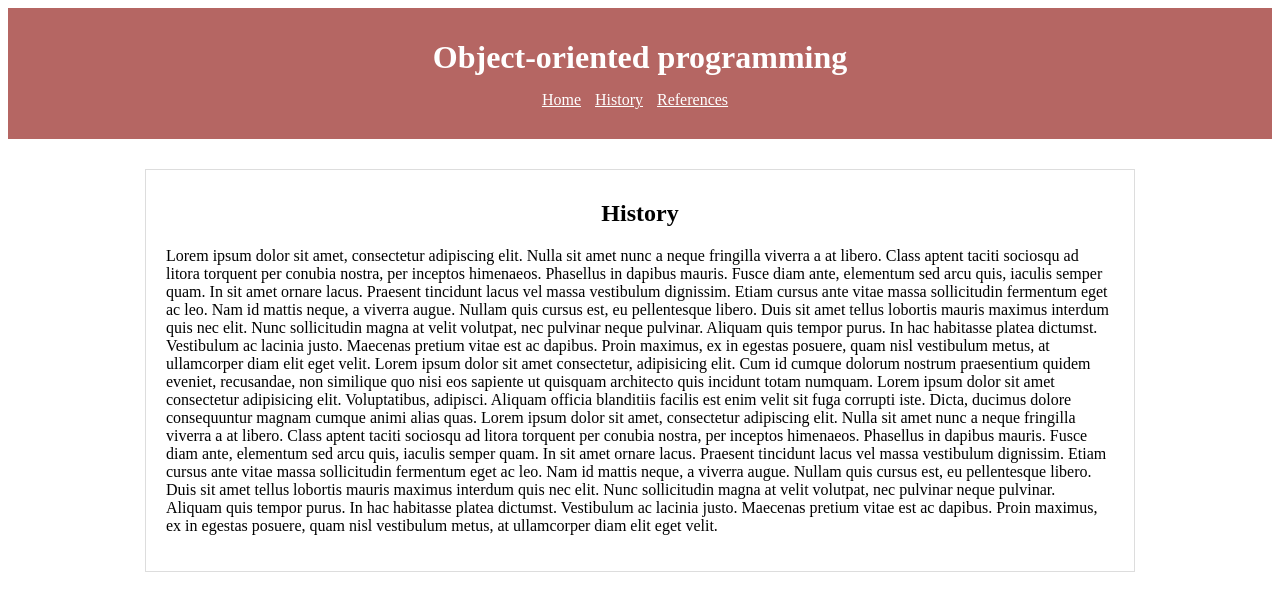
Repository: ReyesEvan/8.-Septimo_semestre
Page: Aplicaciones_en_ambientes_distribuidos/OOP/V3/history.html
The author's editor kept a copy of each file at every save. The page is drawn from the files as they stood at one save, then again after the next save.
The browser window is 1280 px wide. The pictures show the whole page.

Above is the page before, as saved 2019-09-30 18:41:17.

After the next save:
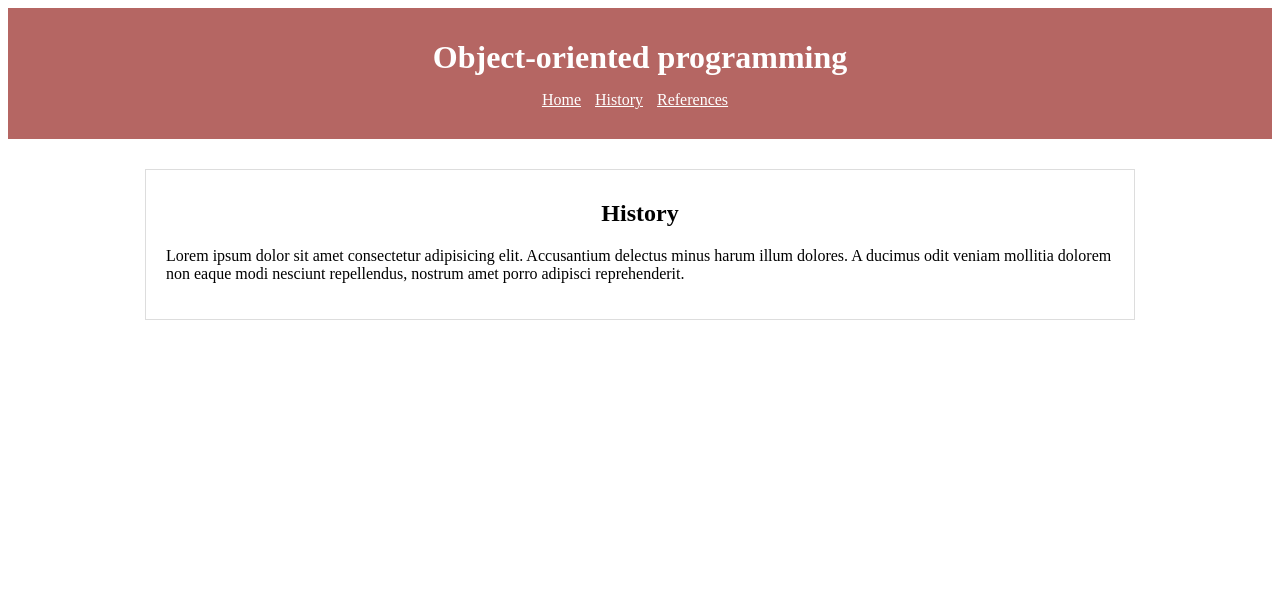
Saved 45 s later.
--- a/Aplicaciones_en_ambientes_distribuidos/OOP/V3/history.html
+++ b/Aplicaciones_en_ambientes_distribuidos/OOP/V3/history.html
@@ -17,18 +17,7 @@
 	<div class='main-content'>
 		<h2>History</h2>
 		<p>
-			Lorem ipsum dolor sit amet, consectetur adipiscing elit. Nulla sit amet nunc a neque fringilla viverra a at libero.
-			Class aptent taciti sociosqu ad litora torquent per conubia nostra, per inceptos himenaeos. Phasellus in dapibus
-			mauris. Fusce diam ante, elementum sed arcu quis, iaculis semper quam. In sit amet ornare lacus. Praesent tincidunt
-			lacus vel massa vestibulum dignissim. Etiam cursus ante vitae massa sollicitudin fermentum eget ac leo. Nam id mattis
-			neque, a viverra augue. Nullam quis cursus est, eu pellentesque libero. Duis sit amet tellus lobortis mauris maximus
-			interdum quis nec elit. Nunc sollicitudin magna at velit volutpat, nec pulvinar neque pulvinar. Aliquam quis tempor
-			purus. In hac habitasse platea dictumst. Vestibulum ac lacinia justo. Maecenas pretium vitae est ac dapibus. Proin
-			maximus, ex in egestas posuere, quam nisl vestibulum metus, at ullamcorper diam elit eget velit.
-
-			Lorem ipsum dolor sit amet consectetur, adipisicing elit. Cum id cumque dolorum nostrum praesentium quidem eveniet, recusandae, non similique quo nisi eos sapiente ut quisquam architecto quis incidunt totam numquam.
-			Lorem ipsum dolor sit amet consectetur adipisicing elit. Voluptatibus, adipisci. Aliquam officia blanditiis facilis est enim velit sit fuga corrupti iste. Dicta, ducimus dolore consequuntur magnam cumque animi alias quas.
-			Lorem ipsum dolor sit amet, consectetur adipiscing elit. Nulla sit amet nunc a neque fringilla viverra a at libero. Class aptent taciti sociosqu ad litora torquent per conubia nostra, per inceptos himenaeos. Phasellus in dapibus mauris. Fusce diam ante, elementum sed arcu quis, iaculis semper quam. In sit amet ornare lacus. Praesent tincidunt lacus vel massa vestibulum dignissim. Etiam cursus ante vitae massa sollicitudin fermentum eget ac leo. Nam id mattis neque, a viverra augue. Nullam quis cursus est, eu pellentesque libero. Duis sit amet tellus lobortis mauris maximus interdum quis nec elit. Nunc sollicitudin magna at velit volutpat, nec pulvinar neque pulvinar. Aliquam quis tempor purus. In hac habitasse platea dictumst. Vestibulum ac lacinia justo. Maecenas pretium vitae est ac dapibus. Proin maximus, ex in egestas posuere, quam nisl vestibulum metus, at ullamcorper diam elit eget velit.
+			Lorem ipsum dolor sit amet consectetur adipisicing elit. Accusantium delectus minus harum illum dolores. A ducimus odit veniam mollitia dolorem non eaque modi nesciunt repellendus, nostrum amet porro adipisci reprehenderit.
 		</p>
 	</div>
 </body>
